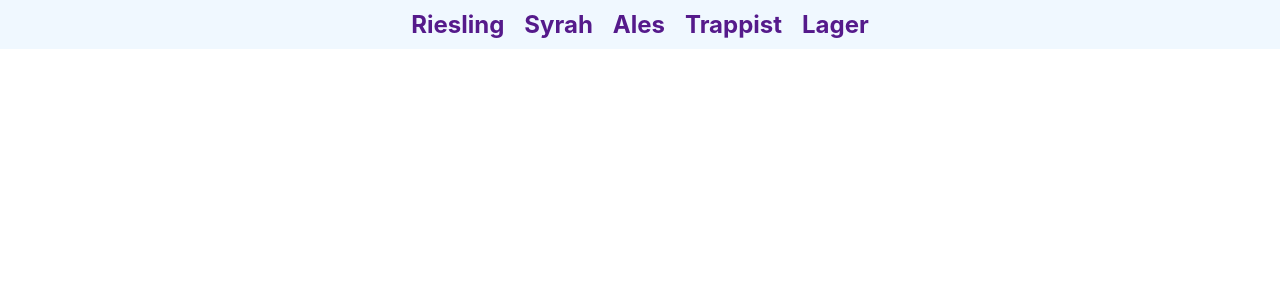
Repository: portretrieve/react-practice
Page: /
The author's editor kept a copy of each file at every save. The page is drawn from the files as they stood at one save, then again after the next save.
The browser window is 1280 px wide. The pictures show the whole page.
The project was rebuilt for these pictures with package versions that can differ from the ones it lists, and the page was loaded fresh each time. Also part of the build but not shown: src/wines/Riesling.js, src/wines/Syrah.js, src/beers/Ale.js, src/beers/Lager.js, src/beers/Trappist.js.

Above is the page before, as saved 2021-08-26 19:28:03.

### src/App.js
import { BrowserRouter, Route, Redirect, Switch } from "react-router-dom";
import { Link } from "react-router-dom";

import Riesling from "./wines/Riesling";
import Syrah from "./wines/Syrah";
import Ale from "./beers/Ale";
import Lager from "./beers/Lager";
import Trappist from "./beers/Trappist";

import Header from "./navigation/Header";

function App() {
  return (
    <BrowserRouter>
      <Header />
      <Route path="/wines" exact>
        <Riesling />
      </Route>
      <Route path="/wines/syrah">
        <Syrah />
      </Route>
      <Route path="/beers/ale">
        <Ale />
      </Route>
      <Route path="/beers/trappist">
        <Trappist />
      </Route>
      <Route path="/beers/lager">
        <Lager />
      </Route>
    </BrowserRouter>
  );
}

export default App;

### src/navigation/Header.js
import React from "react";
import classes from "./header.module.css";
import { Link } from "react-router-dom";

function Header() {
  return (
    <header className={classes.header}>
      <nav>
        <h2>
          <Link href="/wines">Riesling</Link>
        </h2>
        <h2>
          <Link href="/wines/syrah">Syrah</Link>
        </h2>
        <h2>
          <Link href="/beers/ale">Ales</Link>
        </h2>
        <h2>
          <Link href="/beers/trappist">Trappist</Link>
        </h2>
        <h2>
          <Link href="/beers/lager">Lager</Link>
        </h2>
      </nav>
    </header>
  );
}

export default Header;

### src/navigation/header.module.css
.header {
    margin: 0 auto;
    text-align: center;
    background-color: aliceblue;
}

h2 {
    display: inline-block;
    margin: 10px;
}

a {
    text-decoration: none;
}

Loaded but not shown: public/index.html (common file); src/index.js (common file); src/index.css (common file)

After the next save:
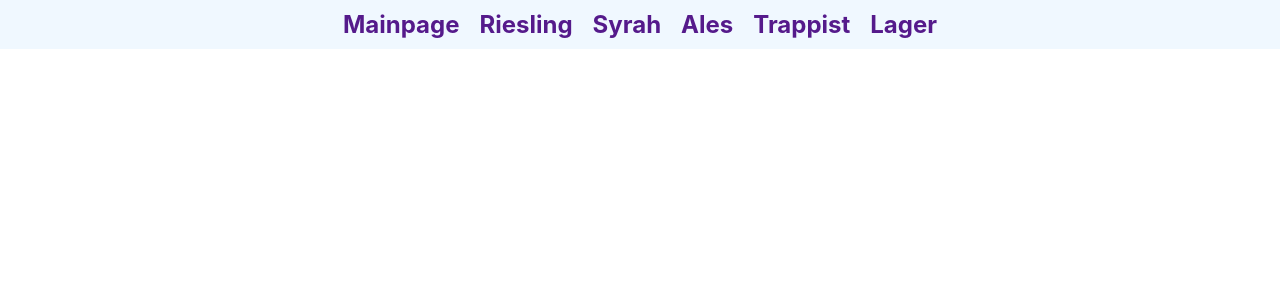
Saved 30 s later.
--- a/src/navigation/Header.js
+++ b/src/navigation/Header.js
@@ -6,6 +6,9 @@ function Header() {
   return (
     <header className={classes.header}>
       <nav>
+        <h2>
+          <Link href="/">Mainpage</Link>
+        </h2>
         <h2>
           <Link href="/wines">Riesling</Link>
         </h2>
